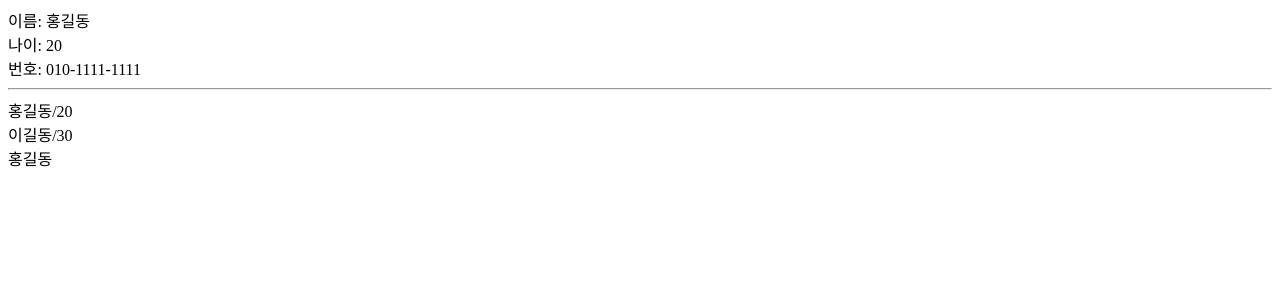
Repository: Heo-sh/Web_Development
Page: http://localhost/Ex_0420_Ajax/ex01_json.jsp
These files come from the project's save history. The page is drawn as it stood at one moment and after the next save; the edit follows.
The browser window is 1280 px wide. The pictures show the whole page.
The page is served by Tomcat 9.

Above is the page before, as saved 2023-04-20 07:21:25.

After the next save:
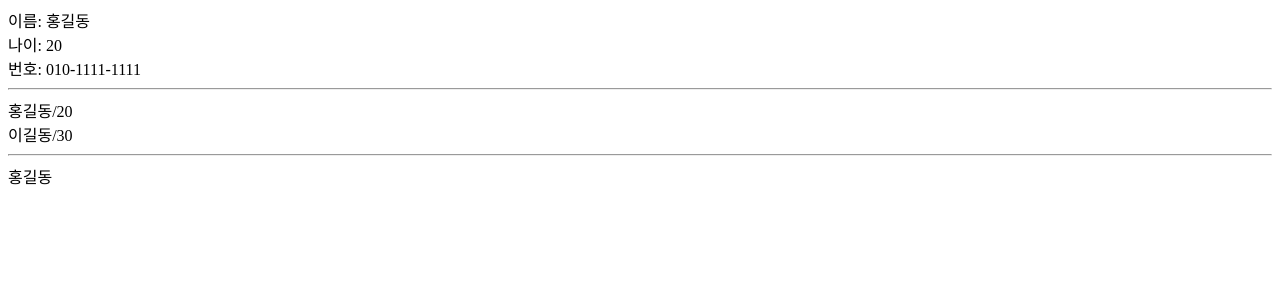
Saved 19 s later.
--- a/Ex_0420_Ajax/WebContent/ex01_json.jsp
+++ b/Ex_0420_Ajax/WebContent/ex01_json.jsp
@@ -39,6 +39,8 @@ JSON(JavaScript Object Notation) 표기법
 			document.write(p_arr[0].name + "/" + p_arr[0].age + "<br>");
 			document.write(p_arr[1].name + "/" + p_arr[1].age + "<br>");
 
+			document.write("<hr>");
+
 			//JSON 다차원 배열
 			var course = {
 						  'name' : '웹앱개발',
